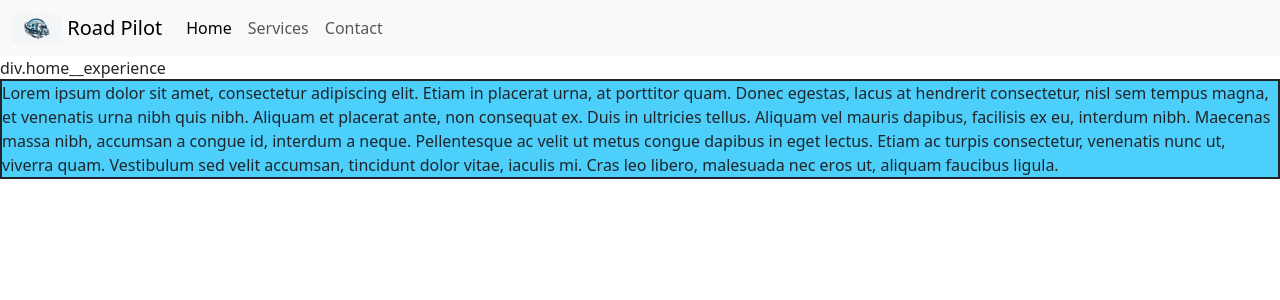
Repository: VictoriousMango/WebCreator
Page: index.html
The author's editor kept a copy of each file at every save. The page is drawn from the files as they stood at one save, then again after a run of saves.
The browser window is 1280 px wide. The pictures show the whole page.

Above is the page before, as saved 2024-11-09 13:33:06.

### index.html
<!DOCTYPE html>
<html lang="en">

<head>
    <meta charset="UTF-8">
    <meta name="viewport" content="width=device-width, initial-scale=1.0">
    <title>Web Creator</title>
    <link href="https://cdn.jsdelivr.net/npm/bootstrap@5.3.3/dist/css/bootstrap.min.css" rel="stylesheet"
        integrity="sha384-QWTKZyjpPEjISv5WaRU9OFeRpok6YctnYmDr5pNlyT2bRjXh0JMhjY6hW+ALEwIH" crossorigin="anonymous">
    <link rel="stylesheet" href="./assets/css/index.css">
</head>

<body>
    <!-- Navbar -->
    <nav class="navbar navbar-expand-lg bg-body-tertiary">
        <div class="container-fluid">
            <a class="navbar-brand" href="#">
                <img src="./assets/images/Logo.png" alt="Logo" width="50px" class="d-inline-block align-text-top">
                Road Pilot
            </a>
            <button class="navbar-toggler" type="button" data-bs-toggle="collapse" data-bs-target="#navbarNav"
                aria-controls="navbarNav" aria-expanded="false" aria-label="Toggle navigation">
                <span class="navbar-toggler-icon"></span>
            </button>
            <div class="collapse navbar-collapse" id="navbarNav">
                <ul class="navbar-nav">
                    <li class="nav-item">
                        <a class="nav-link active" aria-current="page" href="#">Home</a>
                    </li>
                    <li class="nav-item">
                        <a class="nav-link" href="./pages/services.html">Services</a>
                    </li>
                    <li class="nav-item">
                        <a class="nav-link" href="./pages/contact.html">Contact</a>
                    </li>
                </ul>
            </div>
        </div>
    </nav>
    <!-- NavBar -->
    <main>
        <div class="home__banner"></div>
        <div class="home__about"></div>
        <div class="home__service"></div>
        <div class="home__whyChooseUs"></div>
        div.home__experience
    </main>
    <footer>
        Lorem ipsum dolor sit amet, consectetur adipiscing elit. Etiam in placerat urna, at porttitor quam. Donec egestas, lacus at hendrerit consectetur, nisl sem tempus magna, et venenatis urna nibh quis nibh. Aliquam et placerat ante, non consequat ex. Duis in ultricies tellus. Aliquam vel mauris dapibus, facilisis ex eu, interdum nibh. Maecenas massa nibh, accumsan a congue id, interdum a neque. Pellentesque ac velit ut metus congue dapibus in eget lectus. Etiam ac turpis consectetur, venenatis nunc ut, viverra quam. Vestibulum sed velit accumsan, tincidunt dolor vitae, iaculis mi. Cras leo libero, malesuada nec eros ut, aliquam faucibus ligula.
    </footer>
    <!-- Scripts -->
    <script src="https://cdn.jsdelivr.net/npm/bootstrap@5.3.3/dist/js/bootstrap.bundle.min.js"
        integrity="sha384-YvpcrYf0tY3lHB60NNkmXc5s9fDVZLESaAA55NDzOxhy9GkcIdslK1eN7N6jIeHz"
        crossorigin="anonymous"></script>
    <script src="https://cdn.jsdelivr.net/npm/@popperjs/core@2.11.8/dist/umd/popper.min.js"
        integrity="sha384-I7E8VVD/ismYTF4hNIPjVp/Zjvgyol6VFvRkX/vR+Vc4jQkC+hVqc2pM8ODewa9r"
        crossorigin="anonymous"></script>
    <script src="https://cdn.jsdelivr.net/npm/bootstrap@5.3.3/dist/js/bootstrap.min.js"
        integrity="sha384-0pUGZvbkm6XF6gxjEnlmuGrJXVbNuzT9qBBavbLwCsOGabYfZo0T0to5eqruptLy"
        crossorigin="anonymous"></script>
</body>

</html>

### assets/css/index.css
footer {
    position: relative;
    bottom: 1px;
    border: 2px solid;
    background-color: rgba(0, 187, 249, 0.7);
}

After the next 2 saves:
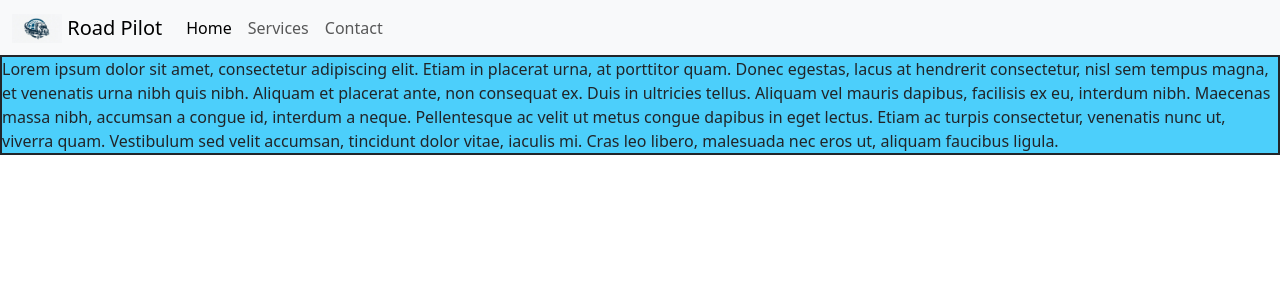
The 2 saves are shown as one change because they came seconds apart.
The last was saved 6 s later.
--- a/index.html
+++ b/index.html
@@ -43,7 +43,8 @@
         <div class="home__about"></div>
         <div class="home__service"></div>
         <div class="home__whyChooseUs"></div>
-        div.home__experience
+        <div class="home__experience"></div>
+
     </main>
     <footer>
         Lorem ipsum dolor sit amet, consectetur adipiscing elit. Etiam in placerat urna, at porttitor quam. Donec egestas, lacus at hendrerit consectetur, nisl sem tempus magna, et venenatis urna nibh quis nibh. Aliquam et placerat ante, non consequat ex. Duis in ultricies tellus. Aliquam vel mauris dapibus, facilisis ex eu, interdum nibh. Maecenas massa nibh, accumsan a congue id, interdum a neque. Pellentesque ac velit ut metus congue dapibus in eget lectus. Etiam ac turpis consectetur, venenatis nunc ut, viverra quam. Vestibulum sed velit accumsan, tincidunt dolor vitae, iaculis mi. Cras leo libero, malesuada nec eros ut, aliquam faucibus ligula.

After the 4 saves that followed:
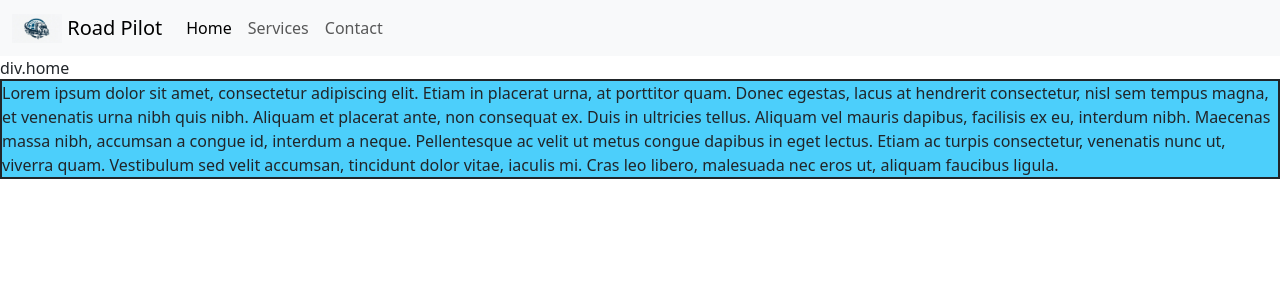
The 4 saves are shown as one change because they came seconds apart.
The last was saved 20 s later.
--- a/index.html
+++ b/index.html
@@ -44,7 +44,7 @@
         <div class="home__service"></div>
         <div class="home__whyChooseUs"></div>
         <div class="home__experience"></div>
-
+        div.home
     </main>
     <footer>
         Lorem ipsum dolor sit amet, consectetur adipiscing elit. Etiam in placerat urna, at porttitor quam. Donec egestas, lacus at hendrerit consectetur, nisl sem tempus magna, et venenatis urna nibh quis nibh. Aliquam et placerat ante, non consequat ex. Duis in ultricies tellus. Aliquam vel mauris dapibus, facilisis ex eu, interdum nibh. Maecenas massa nibh, accumsan a congue id, interdum a neque. Pellentesque ac velit ut metus congue dapibus in eget lectus. Etiam ac turpis consectetur, venenatis nunc ut, viverra quam. Vestibulum sed velit accumsan, tincidunt dolor vitae, iaculis mi. Cras leo libero, malesuada nec eros ut, aliquam faucibus ligula.
